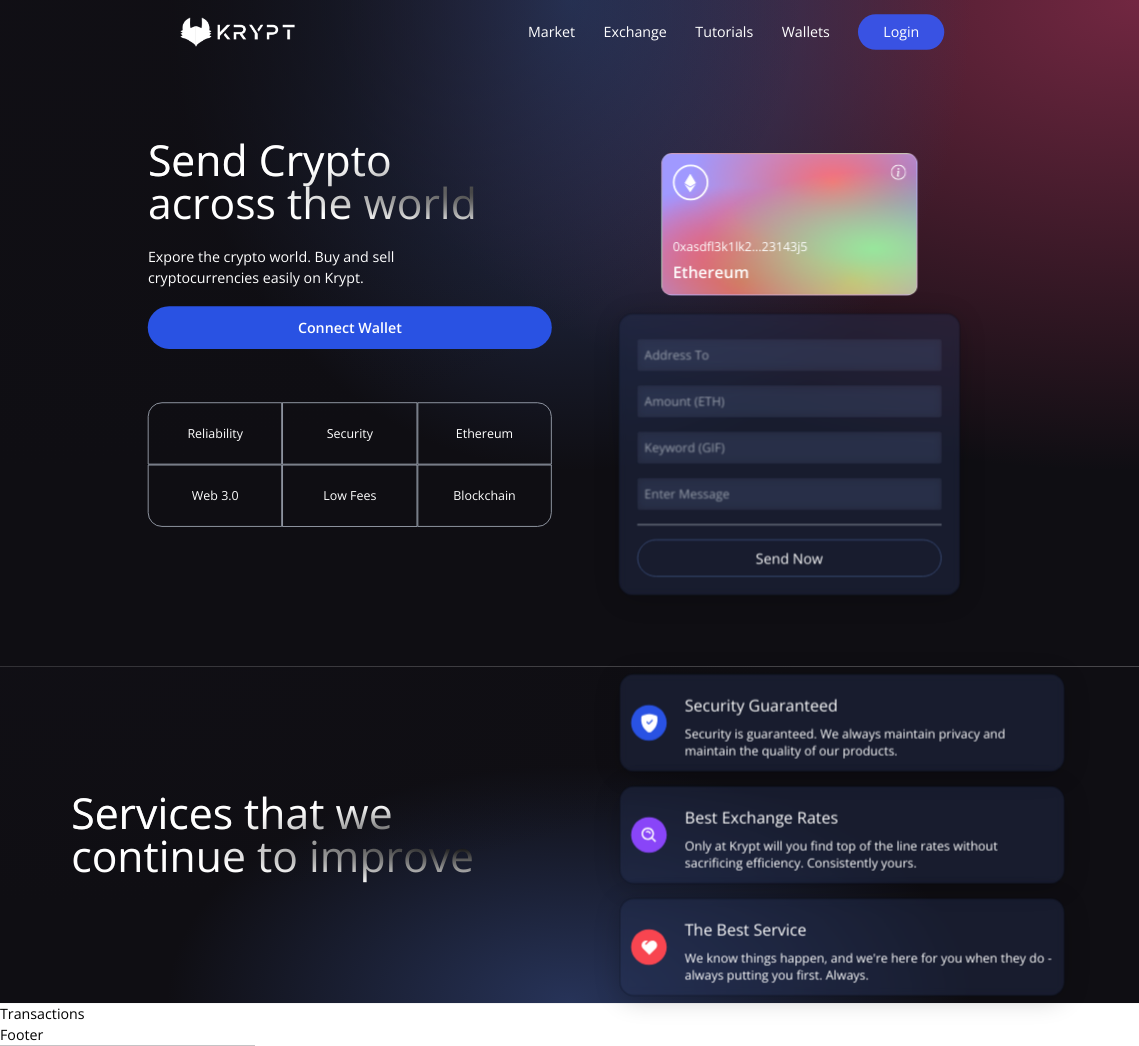
Repository: stephan-chiorean/krypt
Page: / (app in client/)
The author's editor kept a copy of each file at every save. The page is drawn from the files as they stood at one save, then again after the next save.
The browser window is 1280 px wide. The pictures show the whole page, at 89% of full size.
The project was rebuilt for these pictures with package versions that can differ from the ones it lists, and the page was loaded fresh each time. Also part of the build but not shown: client/vite.config.js, client/src/components/Loader.jsx.

Above is the page before, as saved 2023-03-29 19:43:18.

After the next save:
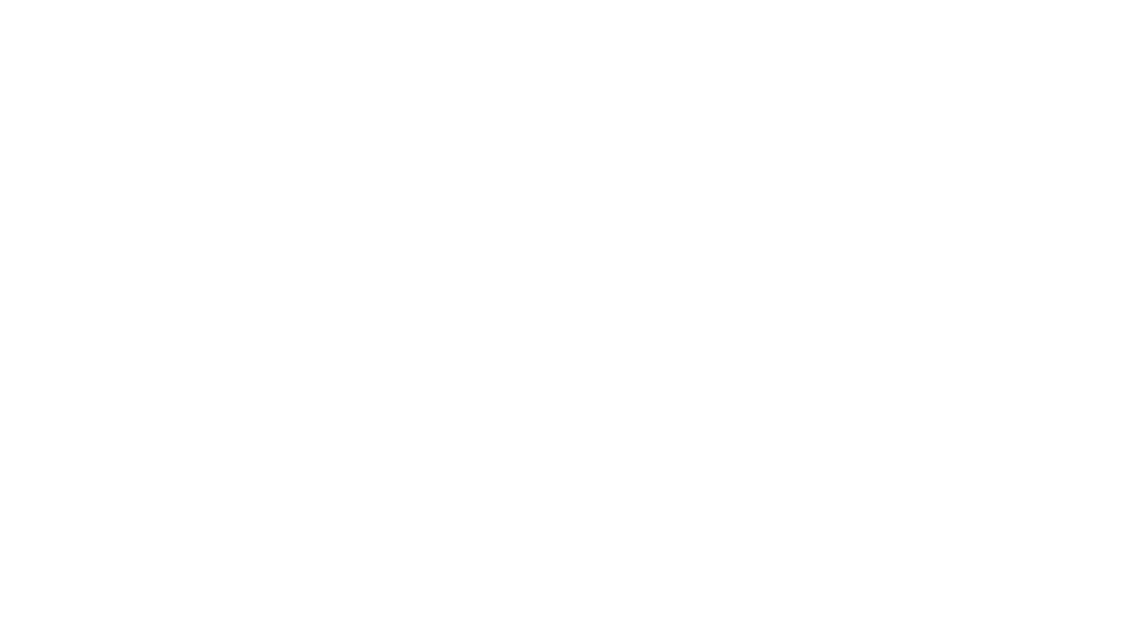
Console error: ReferenceError: useContext is not defined
Saved 98 s later.
--- a/client/src/components/Navbar.jsx
+++ b/client/src/components/Navbar.jsx
@@ -3,12 +3,14 @@
 import { useState } from 'react';
 
 import logo from '../../images/logo.png';
+import { TransactionContext } from '../context/TransactionContext';
 
 const NavbarItem = ({ title, classProps }) => {
   return <li className={`mx-4 cursor-pointer ${classProps}`}>{title}</li>;
 };
 export default () => {
   const [toggleMenu, setToggleMenu] = useState(false);
+  const {disconnectWallet} = useContext(TransactionContext);
   return (
     <nav className='w-full flex md:justify-center justify-between items-center p-4'>
       <div className='md:flex-[0.5] flex-initial justify-center items-center'>
@@ -18,7 +20,7 @@
         {['Market', 'Exchange', 'Tutorials', 'Wallets'].map((item, index) => (
           <NavbarItem key={item + index} title={item} />
         ))}
-        <li className='bg-[#3952e3] py-2 px-7 mx-4 rounded-full cursor-pointer hover:bg-[#2546bd]'>
+        <li onClick={disconnectWallet} className='bg-[#3952e3] py-2 px-7 mx-4 rounded-full cursor-pointer hover:bg-[#2546bd]'>
           Login
         </li>
       </ul>

After the 2 saves that followed:
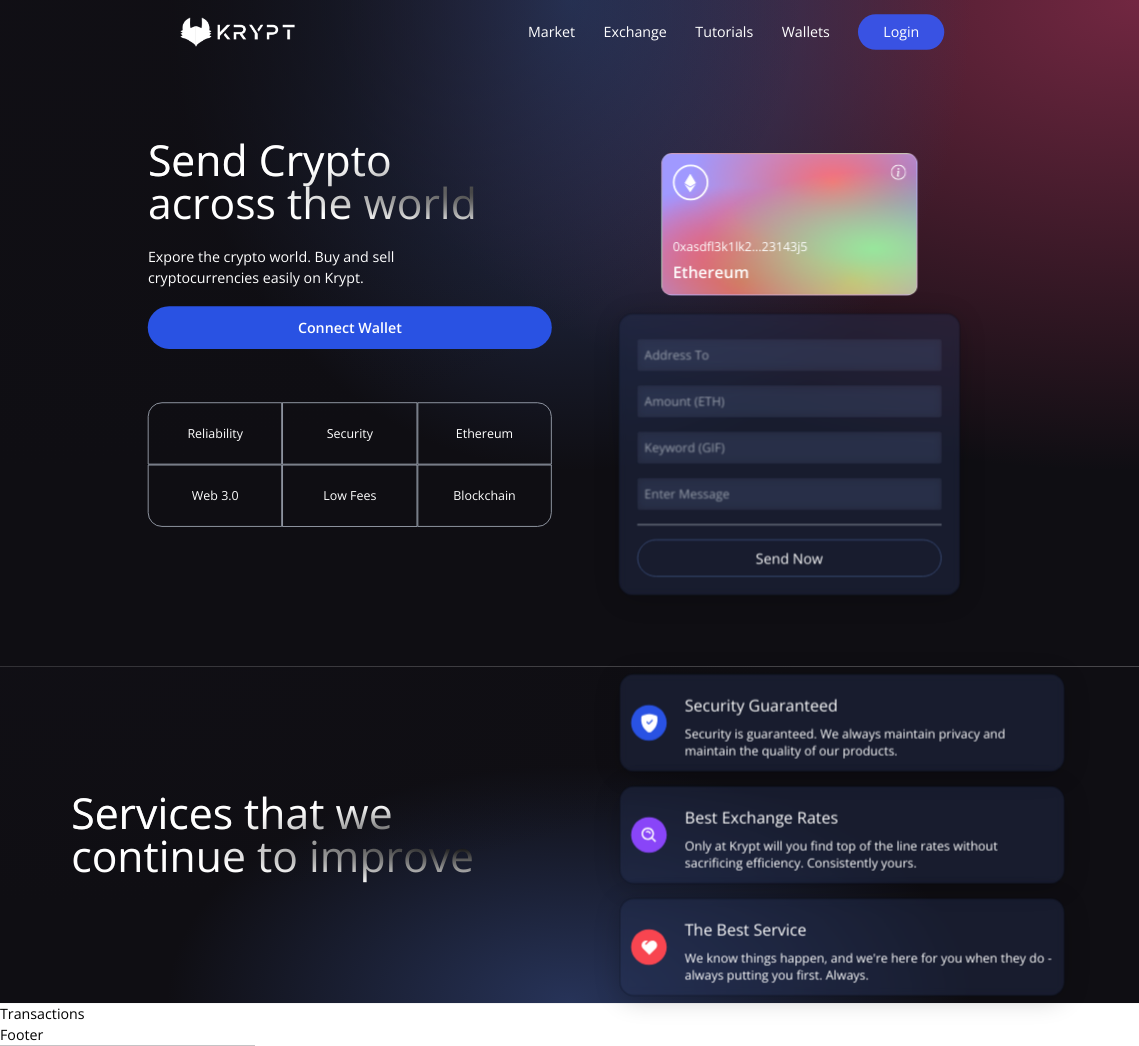
The error is gone.
The 2 saves are shown as one change because 1 left the picture as it was.
The last was saved 3 min 7 s later.
--- a/client/src/components/Navbar.jsx
+++ b/client/src/components/Navbar.jsx
@@ -1,7 +1,7 @@
 import { HiMenuAlt4 } from 'react-icons/hi';
 import { AiOutlineClose } from 'react-icons/ai';
 import { useState } from 'react';
-
+import { useContext } from 'react';
 import logo from '../../images/logo.png';
 import { TransactionContext } from '../context/TransactionContext';
 
--- a/client/src/components/Welcome.jsx
+++ b/client/src/components/Welcome.jsx
@@ -24,6 +24,7 @@ export default () => {
     formData,
     sendTransaction,
     handleChange,
+    disconnectWallet,
   } = useContext(TransactionContext);
   const handleSubmit = (e) => {
     const { addressTo, amount, keyword, message } = formData;
